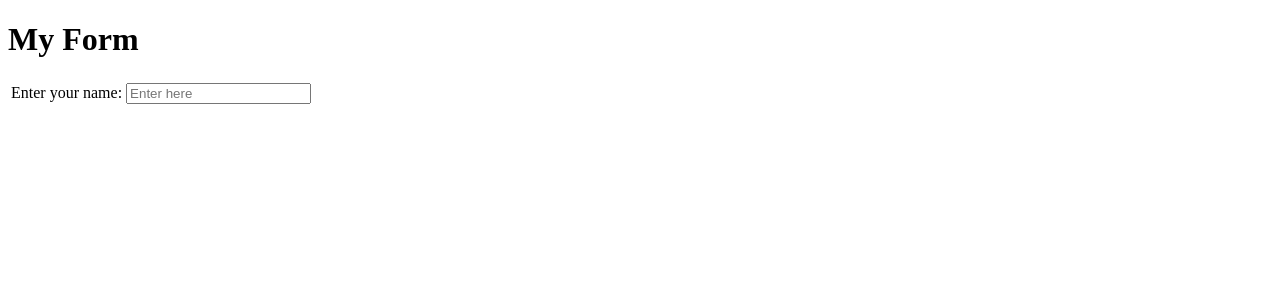
Repository: riddhiwho/Eclipse-Projects
Page: PracticeForm/src/main/webapp/index.html
These files come from the project's save history. The page is drawn as it stood at one moment and after the next save; the edit follows.
The browser window is 1280 px wide. The pictures show the whole page.

Above is the page before, as saved 2021-06-03 10:09:22.

### PracticeForm/src/main/webapp/index.html
<!DOCTYPE html>
<html>
<head>
<meta charset="UTF-8">
<title>Form Page</title>
</head>
<body>
	<div class=container>
		<h1>My Form</h1>
		<form action="RegisterServlet" method="post">
			<table>
				<tr>
					<td>Enter your name:</td>
					<td> <input type="text" name="user_name" placeholder="Enter here"/> </td>
				</tr>
			</table>

		</form>
	</div>
</body>
</html>

After the next save:
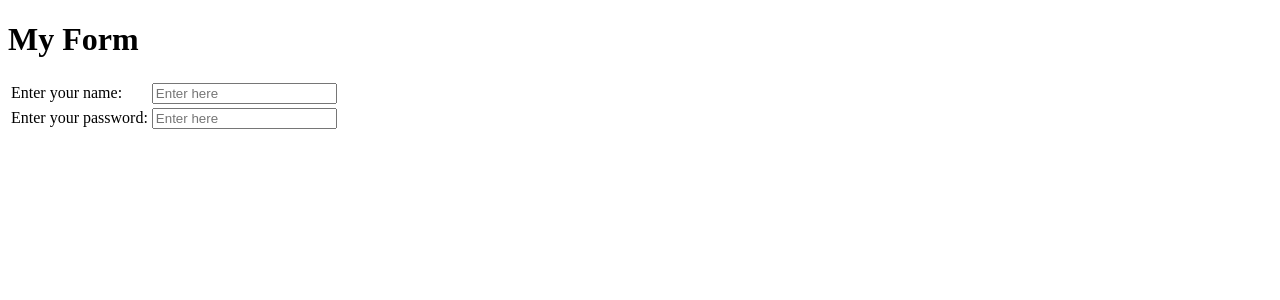
Saved 45 s later.
--- a/PracticeForm/src/main/webapp/index.html
+++ b/PracticeForm/src/main/webapp/index.html
@@ -13,6 +13,10 @@
 					<td>Enter your name:</td>
 					<td> <input type="text" name="user_name" placeholder="Enter here"/> </td>
 				</tr>
+				<tr>
+					<td>Enter your password:</td>
+					<td> <input type="password" name="user_password" placeholder="Enter here"/> </td>
+				</tr>
 			</table>
 
 		</form>
